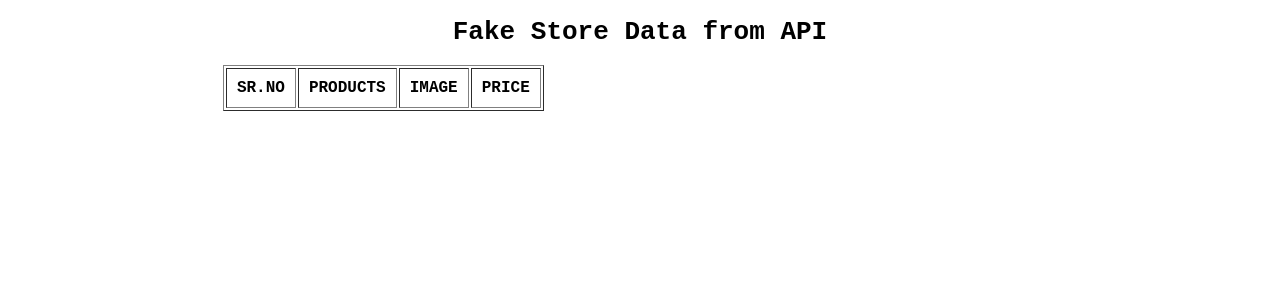
Repository: nisarg-patel612/Node_Integration_With_Frontend
Page: / (app in Frontend/FakeStore-API/)
These files come from the project's save history. The page is drawn as it stood at one moment and after the next save; the edit follows.
The browser window is 1280 px wide. The pictures show the whole page.
The page's requests for data from a server got no answer. The project was rebuilt for these pictures with package versions that can differ from the ones it lists, and the page was loaded fresh each time. No one was signed in, and anything a server would have sent is missing. Also part of the build but not shown: Frontend/FakeStore-API/vite.config.js, Frontend/FakeStore-API/src/index.css.

Above is the page before, as saved 2025-04-30 11:15:02.

After the next save:
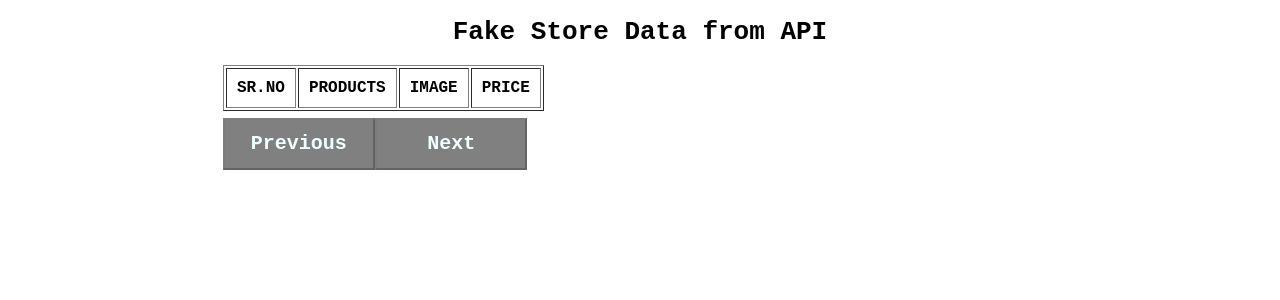
Saved 7 s later.
--- a/Frontend/FakeStore-API/src/Components/Fake_Store_API.jsx
+++ b/Frontend/FakeStore-API/src/Components/Fake_Store_API.jsx
@@ -39,7 +39,8 @@ const FakeStoreAPi = () => {
                     ))}
                 </tbody>
             </table>
-
+            <button className='btn btn-click' disabled={currentPage === 1} onClick={() => setCurrentPage(currentPage - 1)}>Previous</button>
+            <button className='btn btn-click' disabled={indexOfLastItem >= products.length} onClick={() => setCurrentPage(currentPage + 1)}>Next</button>
         </div>
     );
 };
